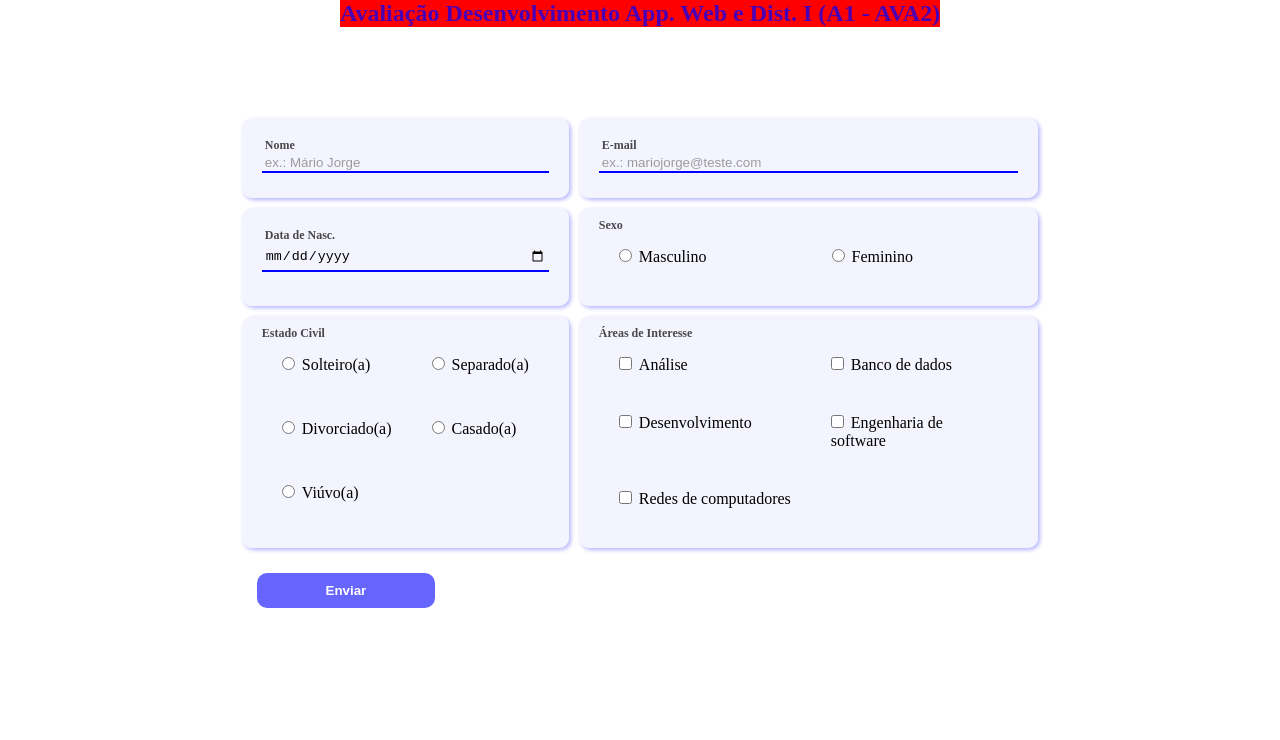
Repository: mjRibeiroTriscal/UVA_Projects
Page: Proj_A1_AVA2_2020_1/index.html
These files come from the project's save history. The page is drawn as it stood at one moment and after the next save; the edit follows.
The browser window is 1280 px wide. The pictures show the whole page.

Above is the page before, as saved 2020-03-13 15:00:36.

### Proj_A1_AVA2_2020_1/index.html
<!--
*   @project     A1_AVA2_UVA_2020_1
*   @author      Mário Jorge (mariojgmaster@yahoo.com.br)
*   @Git         MJRibeiroTriscal (https://github.com/mjRibeiroTriscal)
-->

<html>

<head>
    <meta charset="UTF-8">
    <title>Tell Me About You</title>
    <!-- <link rel="icon" href="./favicon.png" sizes="16x16 32x32" type="image/png"> -->
    <script src="./script.js"></script>
    <link rel="stylesheet" href="./style.css" />
</head>

<body>
    <div id="container">

        <header style="position:fixed;top:0px;background-color:red;">

            <h2>Avaliação Desenvolvimento App. Web e Dist. I (A1 - AVA2)</h2>

        </header>

        <section>

            <form class="gridContainer" name="formUva" action="http://google.co">

                <div class="gridItem blockContainer">
                    <label for="nome" class="labelFirst">Nome</label>
                    <input id="nome" type="text" name="nome" placeholder="ex.: Mário Jorge" />
                </div>
                <div class="gridItem blockContainer">
                    <label for="email" class="labelFirst">E-mail</label>
                    <input id="email" type="text" name="email" placeholder="ex.: mariojorge@teste.com" />
                </div>

                <div class="gridItem blockContainer">
                    <label for="dataNasc" class="labelFirst">Data de Nasc.</label>
                    <input id="dataNasc" type="date" name="dataNasc" />
                </div>

                <div class="gridItem gridContainer blockContainer">
                    <h3 style="position:absolute;margin-top:-10px;">Sexo</h3>
                    <div class="gridItem">
                        <input id="masc" type="radio" name="sexo" />
                        <label for="masc">Masculino</label>
                    </div>
                    <div class="gridItem">
                        <input id="fem" type="radio" name="sexo" />
                        <label for="fem">Feminino</label>
                    </div>
                </div>

                <div class="gridItem gridContainer blockContainer">
                    <h3 style="position:absolute;margin-top:-10px;">Estado Civil</h3>
                    <div class="gridItem">
                        <input id="solteiro" type="radio" name="estCivil" />
                        <label for="solteiro">Solteiro(a)</label>
                    </div>
                    <div class="gridItem">
                        <input id="separado" type="radio" name="estCivil" />
                        <label for="separado">Separado(a)</label>
                    </div>
                    <div class="gridItem">
                        <input id="divorciado" type="radio" name="estCivil" />
                        <label for="divorciado">Divorciado(a)</label>
                    </div>
                    <div class="gridItem">
                        <input id="casado" type="radio" name="estCivil" />
                        <label for="casado">Casado(a)</label>
                    </div>
                    <div class="gridItem">
                        <input id="viuvo" type="radio" name="estCivil" />
                        <label for="viuvo">Viúvo(a)</label>
                    </div>
                </div>

                <div class="gridItem gridContainer blockContainer">
                    <h3 style="position:absolute;margin-top:-10px;">Áreas de Interesse</h3>
                    <div class="gridItem">
                        <input id="analise" type="checkbox" name="analise" />
                        <label for="analise">Análise</label>
                    </div>
                    <div class="gridItem">
                        <input id="bancoDados" type="checkbox" name="bancoDados" />
                        <label for="bancoDados">Banco de dados</label>
                    </div>
                    <div class="gridItem">
                        <input id="desenvolvimento" type="checkbox" name="desenvolvimento" />
                        <label for="desenvolvimento">Desenvolvimento</label>
                    </div>
                    <div class="gridItem">
                        <input id="engenhariaSoftware" type="checkbox" name="engenhariaSoftware" />
                        <label for="engenhariaSoftware">Engenharia de software</label>
                    </div>
                    <div class="gridItem">
                        <input id="redesComputadores" type="checkbox" name="redesComputadores" />
                        <label for="redesComputadores">Redes de computadores</label>
                    </div>
                </div>

                <div class="gridItem itemFlex">
                    <input type="submit" value="Enviar">
                </div>

            </form>

        </section>

        <footer>

        </footer>

</body>

</html>

### Proj_A1_AVA2_2020_1/script.js
/*
 *   @project     A1_AVA2_UVA_2020_1
 *   @author      Mário Jorge (mariojgmaster@yahoo.com.br)
 *   @Git         MJRibeiroTriscal (https://github.com/mjRibeiroTriscal)
 */

### Proj_A1_AVA2_2020_1/style.css
/*
 *   @project     A1_AVA2_UVA_2020_1
 *   @author      Mário Jorge (mariojgmaster@yahoo.com.br)
 *   @Git         MJRibeiroTriscal (https://github.com/mjRibeiroTriscal)
 */

* {
    margin: 0px;
    padding: 0px;
}

html,
body {
    width: 100%;
    height: 100%;
}

#container {
    padding: 10px;
    display: flex;
    align-items: center;
    justify-content: center;
    height: 100%;
}

header h2 {
    color: rgba(0, 0, 255, 0.7)
}

section {
    width: 80%;
    display: flex;
    align-items: center;
    justify-content: center;
}

section form.gridContainer {
    width: 80%;
}

label.labelFirst,
h3 {
    font-size: 12px;
    font-weight: 700;
    opacity: 0.7;
}

label {
    margin-left: 3px;
}

input {
    border: none;
    outline: none;
    box-shadow: 0;
}

input[type=text],
input[type=date] {
    width: 100%;
    height: 50%;
    padding: 5px 3px 3px 3px;
    border-bottom: 2px solid Blue;
    background: none;
}

input[type=text]::placeholder,
input[type=date]::placeholder {
    opacity: 0.7;
}

input[type=submit] {
    width: 60%;
    height: 100%;
    padding: 10px;
    color: #FFF;
    font-weight: bold;
    background-color: rgba(0, 0, 255, 0.6);
    border-radius: 10px;
}

input[type=submit]:active {
    background-color: rgba(0, 0, 255, 0.8);
}

.gridContainer {
    display: grid;
    /* border: 1px solid red; */
    grid-template-columns: auto auto;
}

.gridItem {
    padding: 20px;
}

.blockContainer {
    margin: 5px;
    border-radius: 10px;
    background-color: rgba(240, 240, 255, 0.7);
    box-shadow: 2px 2px 4px rgba(0, 0, 255, 0.1), 2px 2px 4px rgba(0, 0, 255, 0.2);
}

After the next save:
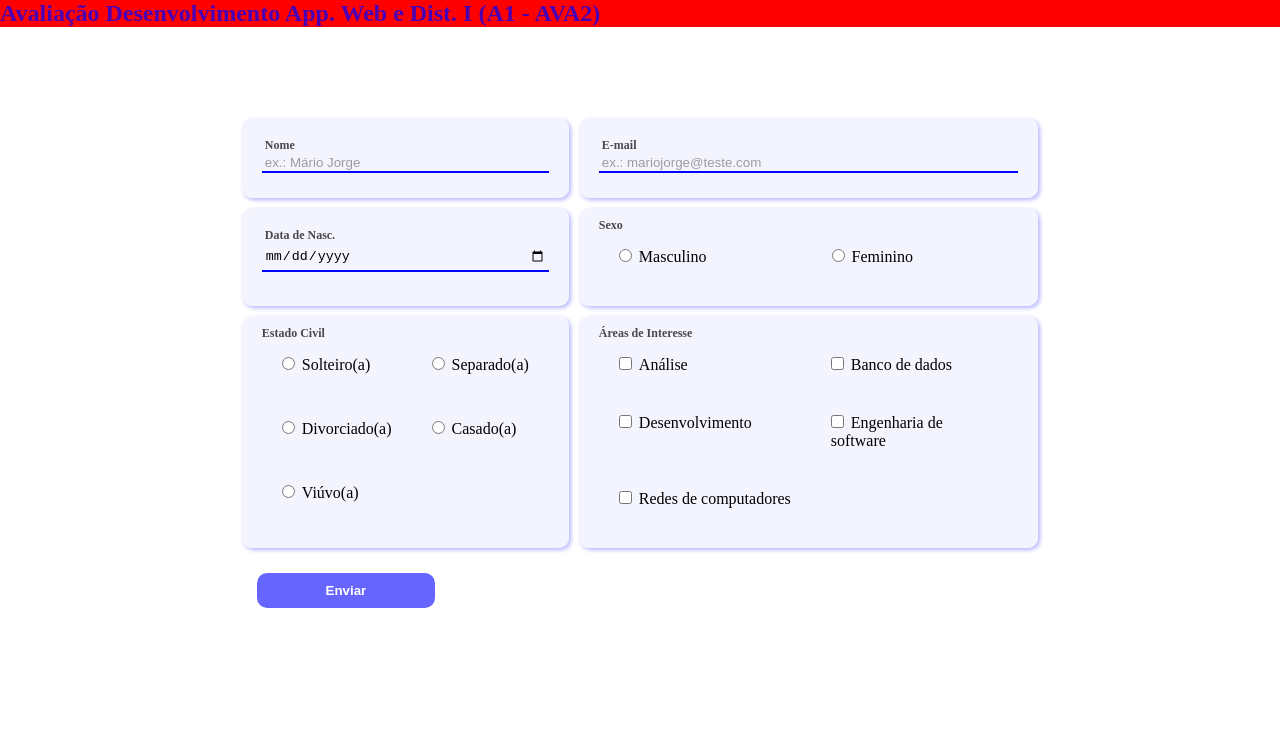
Saved 15 s later.
--- a/Proj_A1_AVA2_2020_1/index.html
+++ b/Proj_A1_AVA2_2020_1/index.html
@@ -17,7 +17,7 @@
 <body>
     <div id="container">
 
-        <header style="position:fixed;top:0px;background-color:red;">
+        <header style="position:fixed;top:0px;background-color:red; width: 100%">
 
             <h2>Avaliação Desenvolvimento App. Web e Dist. I (A1 - AVA2)</h2>
 
